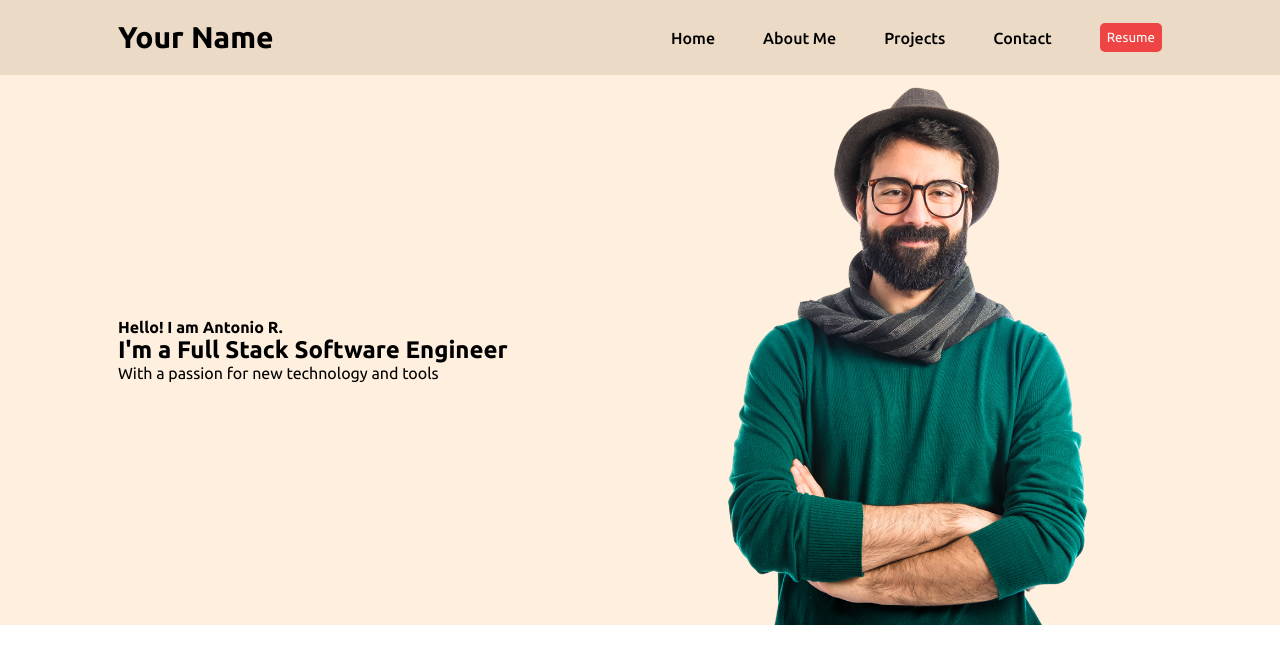
Repository: DevAntonioRogers/vanilla-portfolio
Page: index.html
The author's editor kept a copy of each file at every save. The page is drawn from the files as they stood at one save, then again after the next save.
The browser window is 1280 px wide. The pictures show the whole page.

Above is the page before, as saved 2023-07-14 22:01:41.

After the next save:
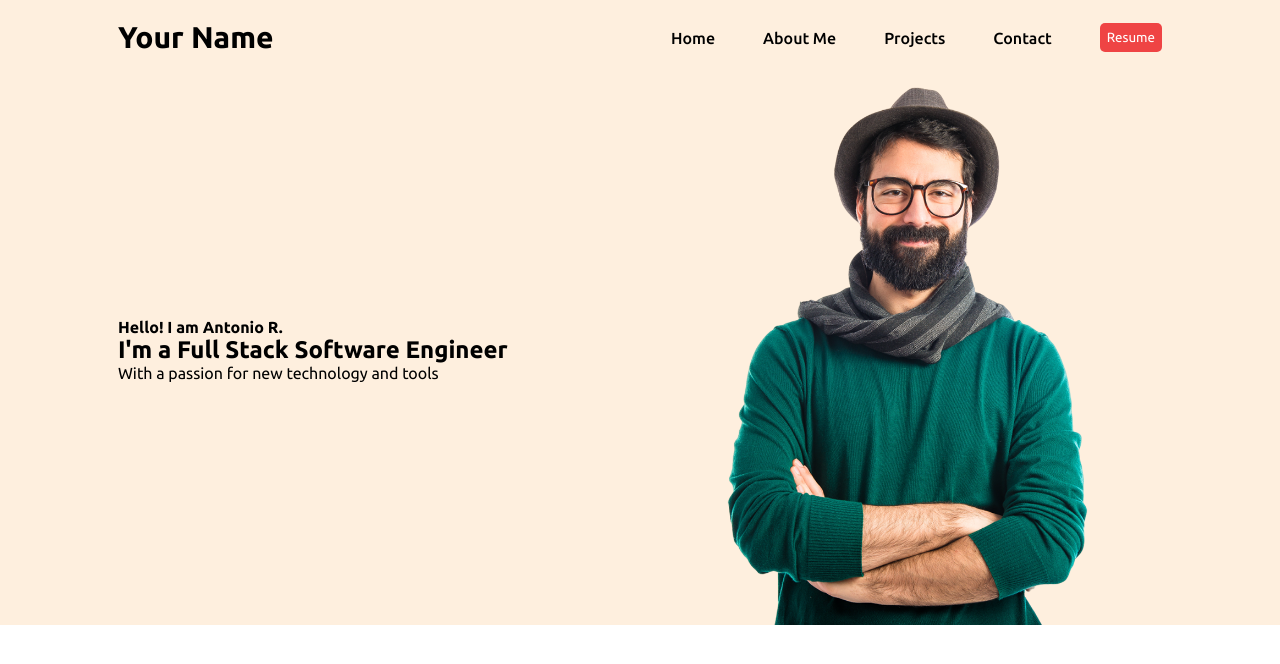
Saved 12 s later.
--- a/style.css
+++ b/style.css
@@ -25,7 +25,7 @@ li {
 /* NAVBAR STYLING */
 
 nav {
-  background: #ebdac6;
+  background: #feefde;
   padding: 20px 0;
 }
 
